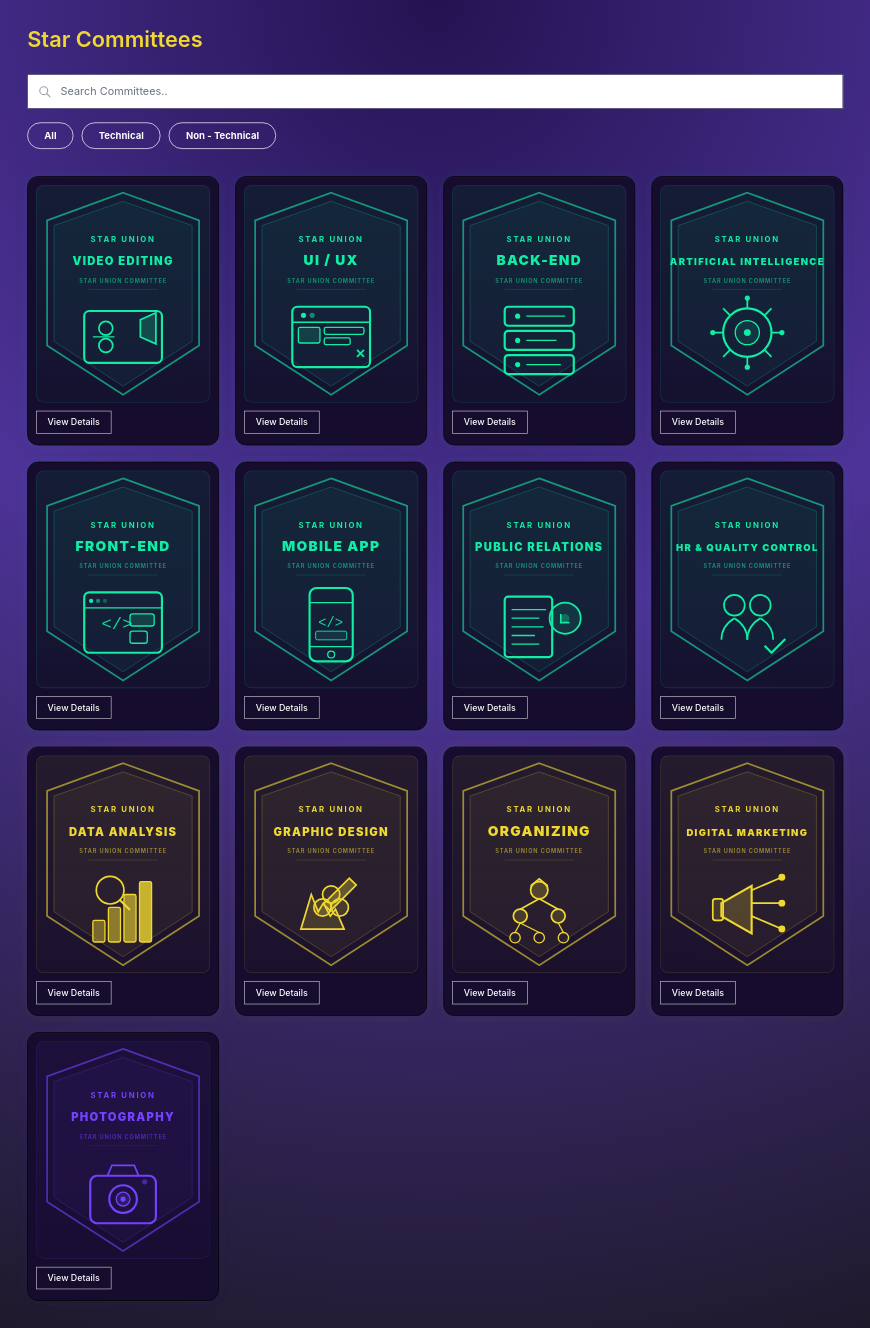
Repository: Frontend-Committee/StarUnion-Website
Page: /committees
The author's editor kept a copy of each file at every save. The page is drawn from the files as they stood at one save, then again after the next save.
The browser window is 1280 px wide. The pictures show the whole page, at 68% of full size.
The project was rebuilt for these pictures with package versions that can differ from the ones it lists, and the page was loaded fresh each time. Also part of the build but not shown: vite.config.js, src/features/committees/pages/CommitteeDetailsPage.jsx, src/components/common/Navbar.jsx, src/components/common/Footer.jsx.

Above is the page before, as saved 2026-02-26 02:52:17.

### index.html
<!doctype html>
<html lang="en">
  <head>
    <meta charset="UTF-8" />
    <meta name="viewport" content="width=device-width, initial-scale=1.0" />
    <title>star-union</title>
  </head>
  <body>
    <div id="root"></div>
    <script type="module" src="/src/main.jsx"></script>
  </body>
</html>

### src/App.jsx
import { BrowserRouter, Route, Routes } from "react-router-dom";
import "./App.css";

import CommitteeDetailsPage from "./features/committees/pages/CommitteeDetailsPage";
import CommitteesPage from "./features/committees/pages/CommitteesPage";
import MainLayout from "./layouts/MainLayout";

function App() {
  return (
    <BrowserRouter>
      <Routes>
        <Route element={<MainLayout />}>
          <Route path="/committees" element={<CommitteesPage />} />
          <Route path="/committees/:slug" element={<CommitteeDetailsPage />} />
          {/* Fallback — redirect to committees for now */}
          <Route path="*" />
        </Route>
      </Routes>
    </BrowserRouter>
  );
}

export default App;

### src/App.css
@tailwind base;
@tailwind components;
@tailwind utilities;

/* Import Inter from Google Fonts */
@import url("https://fonts.googleapis.com/css2?family=Inter:wght@400;500;600;700;800;900&display=swap");

/* Base global styles */
* {
  margin: 0;
  padding: 0;
  box-sizing: border-box;
}

html {
  scroll-behavior: smooth;
}

body {
  font-family:
    "Inter",
    -apple-system,
    BlinkMacSystemFont,
    "Segoe UI",
    Roboto,
    sans-serif;
  -webkit-font-smoothing: antialiased;
  -moz-osx-font-smoothing: grayscale;
}

/* Hide scrollbar utility */
.scrollbar-hide {
  -ms-overflow-style: none;
  scrollbar-width: none;
}
.scrollbar-hide::-webkit-scrollbar {
  display: none;
}

### src/features/committees/pages/CommitteesPage.jsx
import { AnimatePresence, motion as Motion } from "framer-motion";
import { useMemo, useState } from "react";
import ScrollAnimation from "../../../components/ui/ScrollAnimation";
import {
  COMMITTEE_CATEGORIES,
  COMMITTEES_DATA,
} from "../../../utils/constants";
import CommitteeCard from "../components/CommitteeCard";

const FILTER_TABS = [
  { label: "All", value: COMMITTEE_CATEGORIES.ALL },
  { label: "Technical", value: COMMITTEE_CATEGORIES.TECHNICAL },
  { label: "Non - Technical", value: COMMITTEE_CATEGORIES.NON_TECHNICAL },
];

export default function CommitteesPage() {
  const [searchQuery, setSearchQuery] = useState("");
  const [activeFilter, setActiveFilter] = useState(COMMITTEE_CATEGORIES.ALL);

  const filteredCommittees = useMemo(() => {
    return COMMITTEES_DATA.filter((c) => {
      const matchesSearch = c.name
        .toLowerCase()
        .includes(searchQuery.toLowerCase());
      const matchesFilter =
        activeFilter === COMMITTEE_CATEGORIES.ALL || c.type === activeFilter;
      return matchesSearch && matchesFilter;
    });
  }, [searchQuery, activeFilter]);

  return (
    <section className="min-h-screen bg-gradientBg3 py-10 px-4 md:px-8">
      <div className="max-w-[1200px] mx-auto">
        {/* Page Title */}
        <ScrollAnimation variant="fade-down">
          <h1 className="text-h2 text-tertiary font-semibold mb-8">
            Star Committees
          </h1>
        </ScrollAnimation>

        {/* Search Bar */}
        <ScrollAnimation variant="fade-up" delay={100}>
          <div className="relative mb-5">
            <div className="absolute inset-y-0 left-4 flex items-center pointer-events-none">
              <svg
                className="w-5 h-5 text-gray-400"
                fill="none"
                stroke="currentColor"
                viewBox="0 0 24 24"
              >
                <path
                  strokeLinecap="round"
                  strokeLinejoin="round"
                  strokeWidth={2}
                  d="M21 21l-6-6m2-5a7 7 0 11-14 0 7 7 0 0114 0z"
                />
              </svg>
            </div>
            <input
              id="committee-search"
              type="text"
              placeholder="Search Committees.."
              value={searchQuery}
              onChange={(e) => setSearchQuery(e.target.value)}
              className="w-full  text-white pl-12 pr-4 py-3 rounded-lg border border-[#2a2050] focus:border-primary focus:outline-none placeholder-gray-500 text-body font-normal transition-colors"
            />
          </div>
        </ScrollAnimation>

        {/* Filter Tabs */}
        <ScrollAnimation variant="fade-up" delay={200}>
          <div className="flex gap-3 mb-10">
            {FILTER_TABS.map((tab) => (
              <button
                key={tab.value}
                id={`filter-${tab.value}`}
                onClick={() => setActiveFilter(tab.value)}
                className={`px-6 py-2 rounded-full text-[14px] font-bold transition-all duration-300 ${
                  activeFilter === tab.value
                    ? "bg-primary text-white border border-white"
                    : "border border-primary  text-white hover:bg-white/10"
                }`}
              >
                {tab.label}
              </button>
            ))}
          </div>
        </ScrollAnimation>

        {/* Committees Grid */}
        <Motion.div
          layout
          className="grid grid-cols-1 sm:grid-cols-2 lg:grid-cols-4 gap-6"
        >
          <AnimatePresence mode="popLayout">
            {filteredCommittees.map((committee, index) => (
              <Motion.div
                key={committee.id}
                layout
                initial={{ opacity: 0, scale: 0.9 }}
                animate={{ opacity: 1, scale: 1 }}
                exit={{ opacity: 0, scale: 0.9 }}
                transition={{ duration: 0.3 }}
              >
                <CommitteeCard
                  committee={committee}
                  delay={(index % 4) * 150}
                />
              </Motion.div>
            ))}
          </AnimatePresence>
        </Motion.div>

        {/* Empty state */}
        {filteredCommittees.length === 0 && (
          <ScrollAnimation variant="fade-up">
            <div className="text-center py-20">
              <p className="text-gray-400 text-h4">No committees found</p>
              <p className="text-gray-500 mt-2 text-body font-normal">
                Try adjusting your search or filter
              </p>
            </div>
          </ScrollAnimation>
        )}
      </div>
    </section>
  );
}

### src/layouts/MainLayout.jsx
import { Outlet } from "react-router-dom";
import Navbar from "../components/common/Navbar";
import Footer from "../components/common/Footer";

export default function MainLayout() {
  return (
    <div className="flex flex-col min-h-screen">
      {/* <Navbar /> */}
      <main className="flex-1">
        <Outlet />
      </main>
      {/* <Footer /> */}
    </div>
  );
}

### src/components/ui/ScrollAnimation.jsx
import { useEffect, useRef, useState } from 'react';

export default function ScrollAnimation({
    children,
    className = '',
    variant = 'fade-up',
    delay = 0,
    style
}) {
    const [isVisible, setIsVisible] = useState(false);
    const ref = useRef(null);

    useEffect(() => {
        const observer = new IntersectionObserver(([entry]) => {
            if (!entry) return;
            if (entry.isIntersecting) {
                setIsVisible(true);
                observer.disconnect();
            }
        }, { threshold: 0.1 });

        if (ref.current) observer.observe(ref.current);
        return () => observer.disconnect();
    }, []);

    const variants = {
        'fade-up': 'translate-y-10',
        'fade-down': '-translate-y-10',
        'fade-left': 'translate-x-10',
        'fade-right': '-translate-x-10',
        'zoom-in': 'scale-95'
    };

    return (
        <div
            ref={ref}
            className={`transition-all duration-700 ease-out ${isVisible
                ? 'opacity-100 transform-none'
                : `opacity-0 ${variants[variant]}`
            } ${className}`}
            style={{ transitionDelay: `${delay}ms`, ...style }}
        >
            {children}
        </div>
    );
}

### src/features/committees/components/CommitteeCard.jsx
import { motion as Motion } from "framer-motion";
import { Link } from "react-router-dom";
import ScrollAnimation from "../../../components/ui/ScrollAnimation";
import { ACCENT_COLORS } from "../../../utils/constants";
import CommitteeBadge from "./CommitteeBadge";

export default function CommitteeCard({ committee, delay = 0 }) {
  const color = ACCENT_COLORS[committee.accent] || ACCENT_COLORS.teal;

  return (
    <ScrollAnimation variant="fade-up" delay={delay} className="h-full">
      <Link to={`/committees/${committee.slug}`} className="block group h-full">
        <Motion.div
          whileHover={{ scale: 1.04, y: -4 }}
          transition={{ type: "spring", stiffness: 300, damping: 20 }}
          className="relative rounded-[16px] overflow-hidden border border-primary/40 bg-[#160d2e] cursor-pointer h-full flex flex-col"
          style={{
            boxShadow: `0 0 20px ${color}10, inset 0 1px 0 ${color}15`,
          }}
        >
          {/* Badge illustration area */}
          <div className="flex-1 p-3 pb-2">
            <div
              className="w-full aspect-[4/5] rounded-xl overflow-hidden flex items-center justify-center relative"
              style={{
                background: `linear-gradient(180deg, ${color}12 0%, ${color}06 100%)`,
                border: `1px solid ${color}25`,
              }}
            >
              <CommitteeBadge
                name={committee.name}
                icon={committee.icon}
                color={color}
              />
            </div>
          </div>

          {/* View Details button */}
          <div className="px-3 pb-4 pt-1">
            <span className="inline-block px-4 py-[6px] text-[13px] text-white border border-white/70 rounded-md font-medium group-hover:bg-white/10 transition-colors duration-200">
              View Details
            </span>
          </div>

          {/* Hover glow effect */}
          <div
            className="absolute inset-0 opacity-0 group-hover:opacity-100 transition-opacity duration-300 pointer-events-none rounded-[16px]"
            style={{
              boxShadow: `0 0 40px ${color}20, 0 0 80px ${color}10`,
            }}
          />
        </Motion.div>
      </Link>
    </ScrollAnimation>
  );
}

Loaded but not shown: src/main.jsx (common file); src/utils/constants.js (185 lines, source omitted); tailwind.config.js (158 lines, source omitted); src/features/committees/components/CommitteeBadge.jsx (604 lines, source omitted)

After the next save:
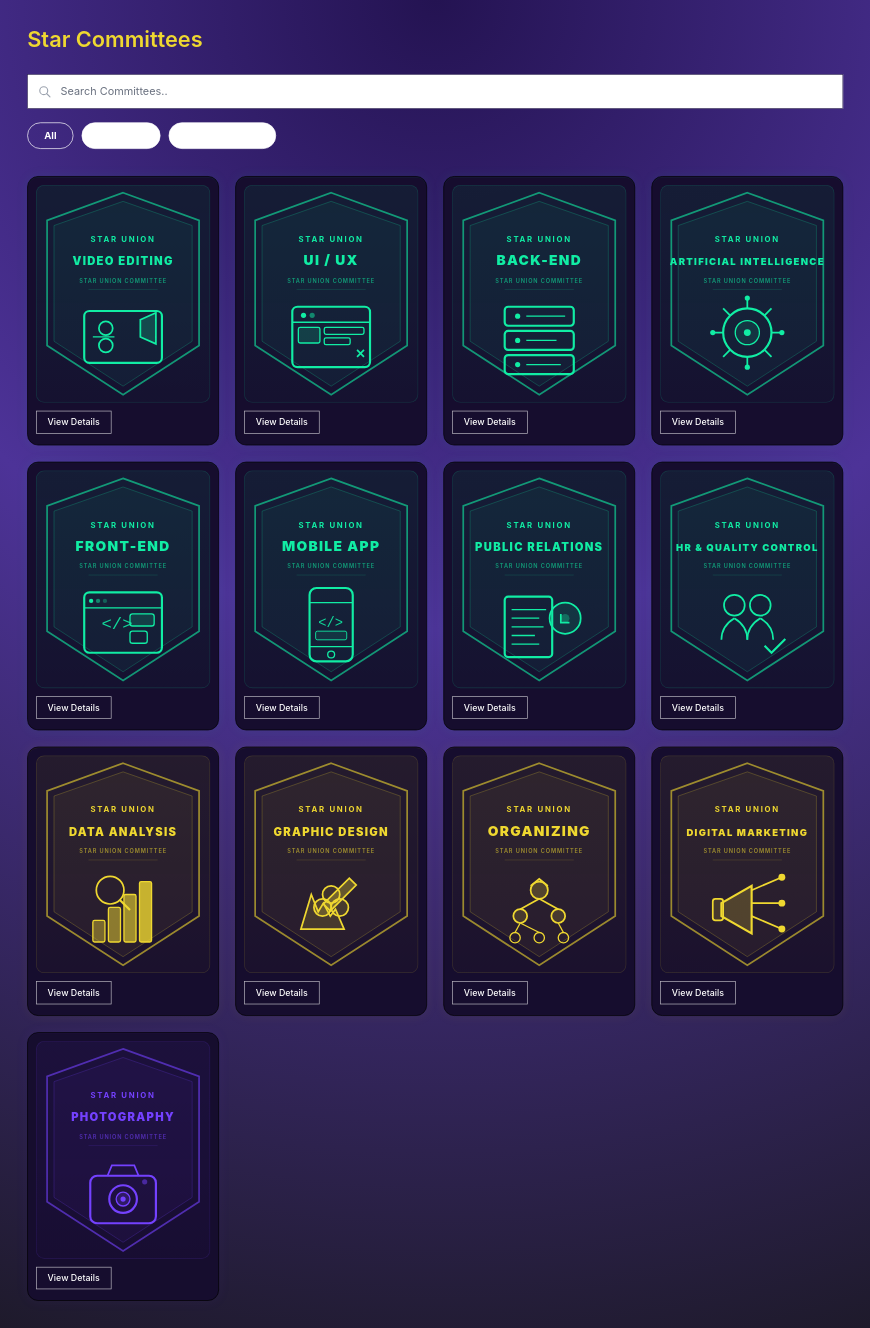
Saved 38 s later.
--- a/src/features/committees/pages/CommitteesPage.jsx
+++ b/src/features/committees/pages/CommitteesPage.jsx
@@ -78,7 +78,7 @@ export default function CommitteesPage() {
                 className={`px-6 py-2 rounded-full text-[14px] font-bold transition-all duration-300 ${
                   activeFilter === tab.value
                     ? "bg-primary text-white border border-white"
-                    : "border border-primary  text-white hover:bg-white/10"
+                    : "border border-primary bg-white  text-white hover:bg-white/10"
                 }`}
               >
                 {tab.label}
